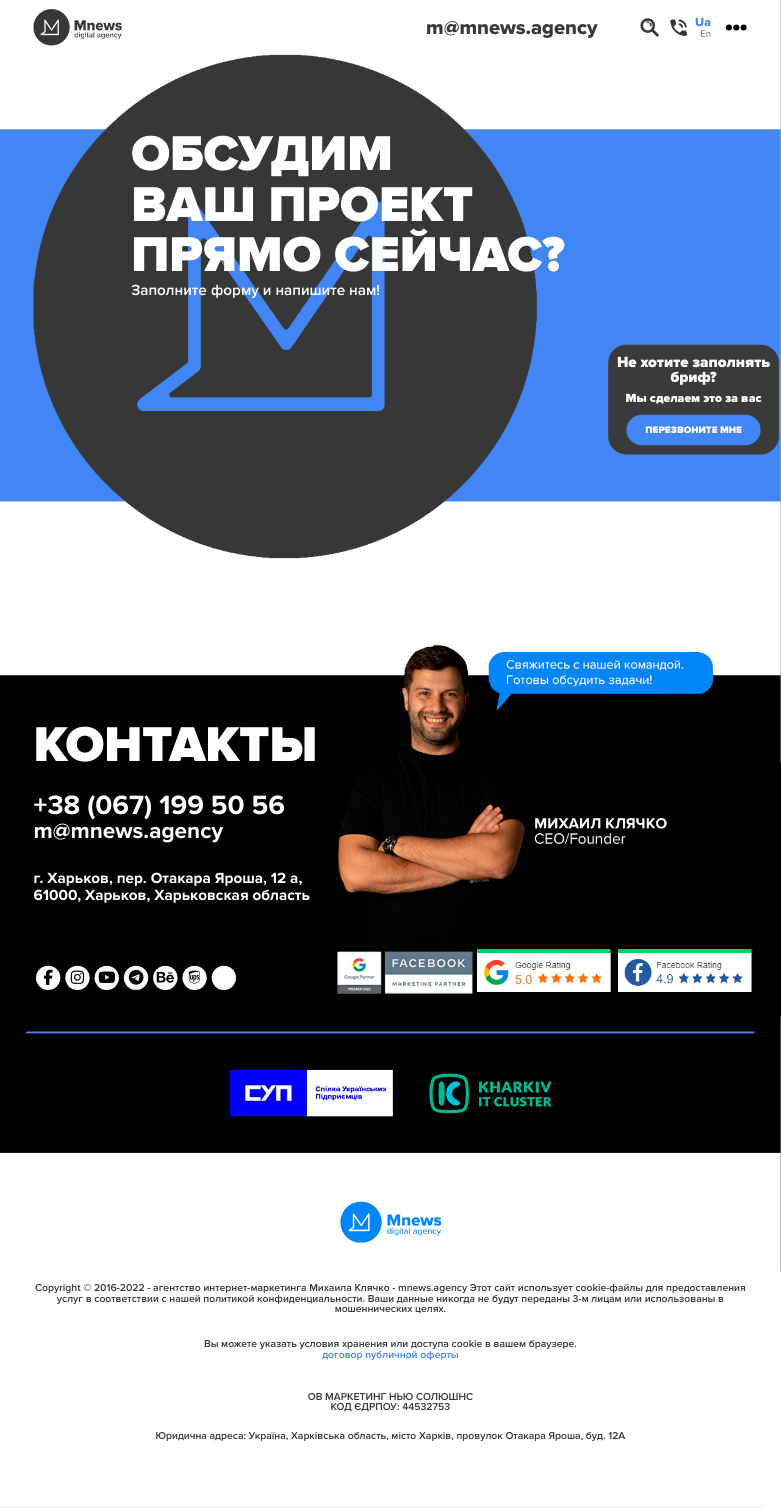
Repository: fanbear/Mnews
Page: request.html
These files come from the project's save history. The page is drawn as it stood at one moment and after the next save; the edit follows.
The browser window is 1280 px wide. The pictures show the whole page, at 61% of full size.
Some web libraries are served in a nearby version.

Above is the page before, as saved 2022-08-11 13:09:20.

After the next save:
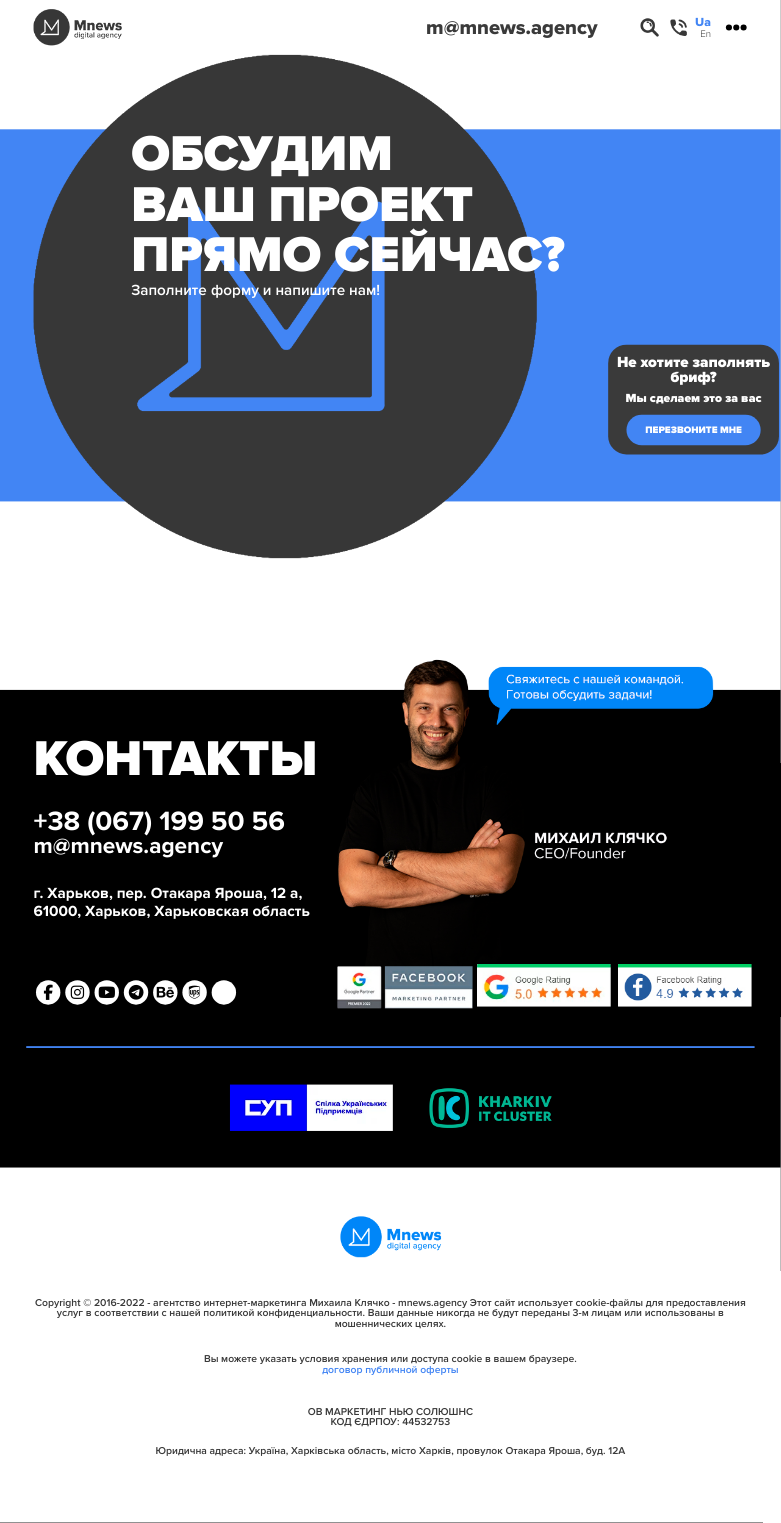
Saved 13 min 41 s later.
--- a/request.html
+++ b/request.html
@@ -88,7 +88,10 @@
             <div class="row">
                 <div class="col-xl-2"></div>
                 <div class="col-xl-7">
-
+                    <div class="request-form__item">
+                        <span>Информация о компании</span>
+                        <input type="text" name="company">
+                    </div>
                 </div>
                 <div class="col-xl-4"></div>
             </div>
